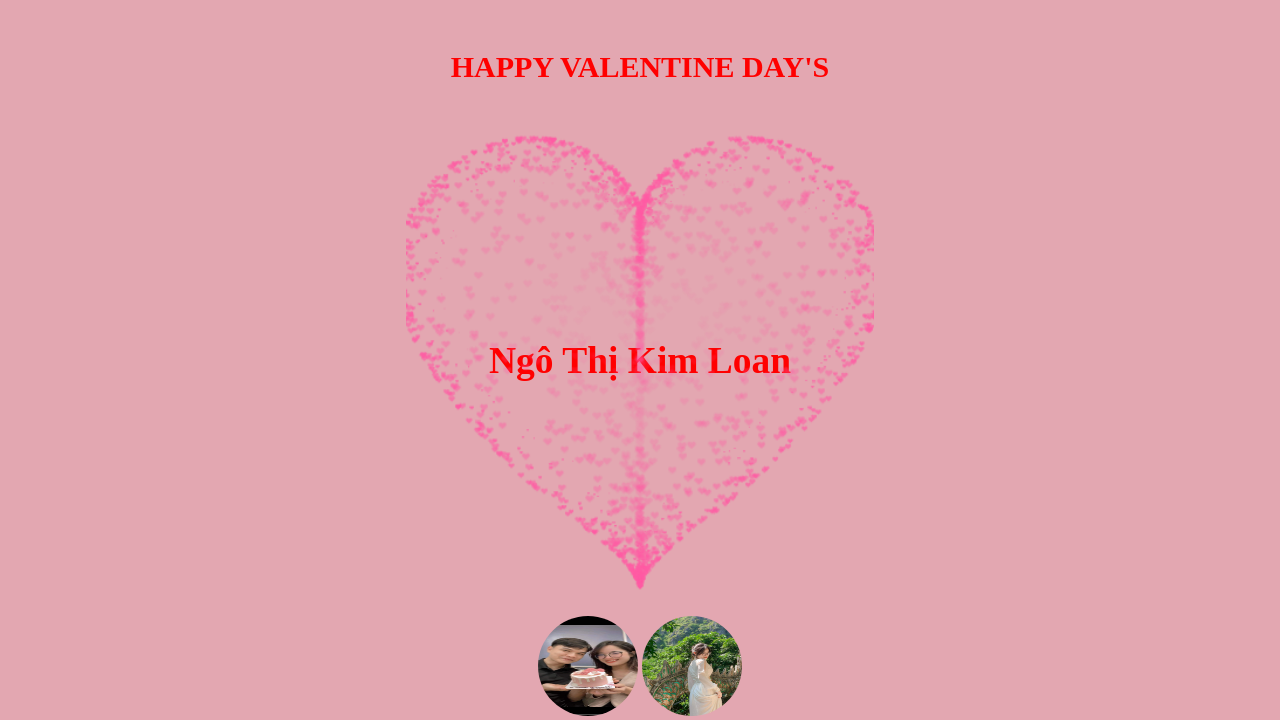
Repository: congbnvn0709/happy-valentine
Page: index.html
These files come from the project's save history. The page is drawn as it stood at one moment and after the next save; the edit follows.
The browser window is 1280 px wide. The pictures show the whole page.

Above is the page before, as saved 2023-01-30 23:32:34.

### index.html
<!DOCTYPE html PUBLIC "-//W3C//DTD HTML 4.0 Transitional//EN">
<html>
  <head>
    <title>Happy valentine day's</title>
    <meta name="Generator" content="EditPlus" />
    <meta name="Author" content="" />
    <meta name="Keywords" content="" />
    <meta name="Description" content="" />
    <link rel="stylesheet" type="text/css" href="style.css" />
  </head>

  <body>
    <p class="title">HAPPY VALENTINE DAY'S</p>
    <h1>Ngô Thị Kim Loan</h1>

    <div class="box">
      <canvas id="pinkboard"></canvas>
    </div>
    <div class="image">
        <img class="image1" src="./person1.jpg" alt="" srcset="">
        <img class="image1" src="./person2.jpg" alt="" srcset="">
    </div>
    <script src="app.js"></script>
  </body>
</html>

### style.css
html,
body {
  height: 100%;
  padding: 0;
  margin: 0;
  background: rgb(227, 167, 177);
  display: flex;
  justify-content: center;
  align-items: center;
}

h1 {
  color: red;
}

.box {
  width: 100%;
  position: absolute;
  top: 50%;
  left: 50%;
  transform: translate(-50%, -50%);
  display: flex;
  flex-direction: column;
}

canvas {
  position: absolute;
  width: 100%;
  height: 100%;
}

#pinkboard {
  position: relative;
  margin: auto;
  height: 400px;
  width: 400px;
  animation: animate 2s infinite;
}

h1 {
  animation: animate 2s infinite;
}

#pinkboard:before,
#pinkboard:after {
  content: "";

  position: absolute;

  background: #ff5ca4;

  width: 100px;

  height: 160px;

  border-top-left-radius: 50px;

  border-top-right-radius: 50px;
}

#pinkboard:before {
  left: 100px;

  transform: rotate(-45deg);

  transform-origin: 0 100%;

  box-shadow: 0 14px 28px rgba(0, 0, 0, 0.25), 0 10px 10px rgba(0, 0, 0, 0.22);
}

#pinkboard:after {
  left: 0;

  transform: rotate(45deg);

  transform-origin: 100% 100%;
}

@keyframes animate {
  0% {
    transform: scale(1);
  }

  30% {
    transform: scale(0.8);
  }

  60% {
    transform: scale(1.2);
  }

  100% {
    transform: scale(1);
  }
}

.title {
  position: absolute;
  top: 20px;
  color: red;
  font-size: 30px;
  font-weight: 700;
}
.image{
    position: absolute;
    bottom: 0;
}
.image1{
    width: 100px;
    height: 100px;
    border-radius: 50%;
}

### app.js
var settings = {
    particles: {
      length: 2000,
      duration: 3,
      velocity: 100,
      effect: -1,
      size: 8,
    },
  };

  (function () {
    var b = 0;

    var c = ["ms", "moz", "webkit", "o"];

    for (var a = 0; a < c.length && !window.requestAnimationFrame; ++a) {
      window.requestAnimationFrame = window[c[a] + "RequestAnimationFrame"];

      window.cancelAnimationFrame =
        window[c[a] + "CancelAnimationFrame"] ||
        window[c[a] + "CancelRequestAnimationFrame"];
    }

    if (!window.requestAnimationFrame) {
      window.requestAnimationFrame = function (h, e) {
        var d = new Date().getTime();

        var f = Math.max(0, 16 - (d - b));

        var g = window.setTimeout(function () {
          h(d + f);
        }, f);

        b = d + f;

        return g;
      };
    }

    if (!window.cancelAnimationFrame) {
      window.cancelAnimationFrame = function (d) {
        clearTimeout(d);
      };
    }
  })();

  var Point = (function () {
    function Point(x, y) {
      this.x = typeof x !== "undefined" ? x : 0;

      this.y = typeof y !== "undefined" ? y : 0;
    }

    Point.prototype.clone = function () {
      return new Point(this.x, this.y);
    };

    Point.prototype.length = function (length) {
      if (typeof length == "undefined")
        return Math.sqrt(this.x * this.x + this.y * this.y);

      this.normalize();

      this.x *= length;

      this.y *= length;

      return this;
    };

    Point.prototype.normalize = function () {
      var length = this.length();

      this.x /= length;

      this.y /= length;

      return this;
    };

    return Point;
  })();

  var Particle = (function () {
    function Particle() {
      this.position = new Point();

      this.velocity = new Point();

      this.acceleration = new Point();

      this.age = 0;
    }

    Particle.prototype.initialize = function (x, y, dx, dy) {
      this.position.x = x;

      this.position.y = y;

      this.velocity.x = dx;

      this.velocity.y = dy;

      this.acceleration.x = dx * settings.particles.effect;

      this.acceleration.y = dy * settings.particles.effect;

      this.age = 0;
    };

    Particle.prototype.update = function (deltaTime) {
      this.position.x += this.velocity.x * deltaTime;

      this.position.y += this.velocity.y * deltaTime;

      this.velocity.x += this.acceleration.x * deltaTime;

      this.velocity.y += this.acceleration.y * deltaTime;

      this.age += deltaTime;
    };

    Particle.prototype.draw = function (context, image) {
      function ease(t) {
        return --t * t * t + 1;
      }

      var size = image.width * ease(this.age / settings.particles.duration);

      context.globalAlpha = 1 - this.age / settings.particles.duration;

      context.drawImage(
        image,

        this.position.x - size / 2,

        this.position.y - size / 2,

        size,

        size
      );
    };

    return Particle;
  })();

  var ParticlePool = (function () {
    var particles,
      firstActive = 0,
      firstFree = 0,
      duration = settings.particles.duration;

    function ParticlePool(length) {
      particles = new Array(length);

      for (var i = 0; i < particles.length; i++)
        particles[i] = new Particle();
    }

    ParticlePool.prototype.add = function (x, y, dx, dy) {
      particles[firstFree].initialize(x, y, dx, dy);

      firstFree++;

      if (firstFree == particles.length) firstFree = 0;

      if (firstActive == firstFree) firstActive++;

      if (firstActive == particles.length) firstActive = 0;
    };

    ParticlePool.prototype.update = function (deltaTime) {
      var i;

      if (firstActive < firstFree) {
        for (i = firstActive; i < firstFree; i++)
          particles[i].update(deltaTime);
      }

      if (firstFree < firstActive) {
        for (i = firstActive; i < particles.length; i++)
          particles[i].update(deltaTime);

        for (i = 0; i < firstFree; i++) particles[i].update(deltaTime);
      }

      while (
        particles[firstActive].age >= duration &&
        firstActive != firstFree
      ) {
        firstActive++;

        if (firstActive == particles.length) firstActive = 0;
      }
    };

    ParticlePool.prototype.draw = function (context, image) {
      if (firstActive < firstFree) {
        for (i = firstActive; i < firstFree; i++)
          particles[i].draw(context, image);
      }

      if (firstFree < firstActive) {
        for (i = firstActive; i < particles.length; i++)
          particles[i].draw(context, image);

        for (i = 0; i < firstFree; i++) particles[i].draw(context, image);
      }
    };

    return ParticlePool;
  })();

  (function (canvas) {
    var context = canvas.getContext("2d"),
      particles = new ParticlePool(settings.particles.length),
      particleRate =
        settings.particles.length / settings.particles.duration,
      time;

    function pointOnHeart(t) {
      return new Point(
        160 * Math.pow(Math.sin(t), 3),

        130 * Math.cos(t) -
          50 * Math.cos(2 * t) -
          20 * Math.cos(3 * t) -
          10 * Math.cos(4 * t) +
          25
      );
    }

    var image = (function () {
      var canvas = document.createElement("canvas"),
        context = canvas.getContext("2d");

      canvas.width = settings.particles.size;

      canvas.height = settings.particles.size;

      function to(t) {
        var point = pointOnHeart(t);

        point.x =
          settings.particles.size / 2 +
          (point.x * settings.particles.size) / 350;

        point.y =
          settings.particles.size / 2 -
          (point.y * settings.particles.size) / 350;

        return point;
      }

      context.beginPath();

      var t = -Math.PI;

      var point = to(t);

      context.moveTo(point.x, point.y);

      while (t < Math.PI) {
        t += 0.01;

        point = to(t);

        context.lineTo(point.x, point.y);
      }

      context.closePath();

      context.fillStyle = "#FF5CA4";

      context.fill();

      var image = new Image();

      image.src = canvas.toDataURL();

      return image;
    })();

    function render() {
      requestAnimationFrame(render);

      var newTime = new Date().getTime() / 1000,
        deltaTime = newTime - (time || newTime);

      time = newTime;

      context.clearRect(0, 0, canvas.width, canvas.height);

      var amount = particleRate * deltaTime;

      for (var i = 0; i < amount; i++) {
        var pos = pointOnHeart(Math.PI - 2 * Math.PI * Math.random());

        var dir = pos.clone().length(settings.particles.velocity);

        particles.add(
          canvas.width / 2 + pos.x,

          canvas.height / 2 - pos.y,

          dir.x,

          -dir.y
        );
      }

      particles.update(deltaTime);

      particles.draw(context, image);
    }

    function onResize() {
      canvas.width = canvas.clientWidth;

      canvas.height = canvas.clientHeight;
    }

    window.onresize = onResize;

    setTimeout(function () {
      onResize();

      render();
    }, 10);
  })(document.getElementById("pinkboard"));

After the next save:
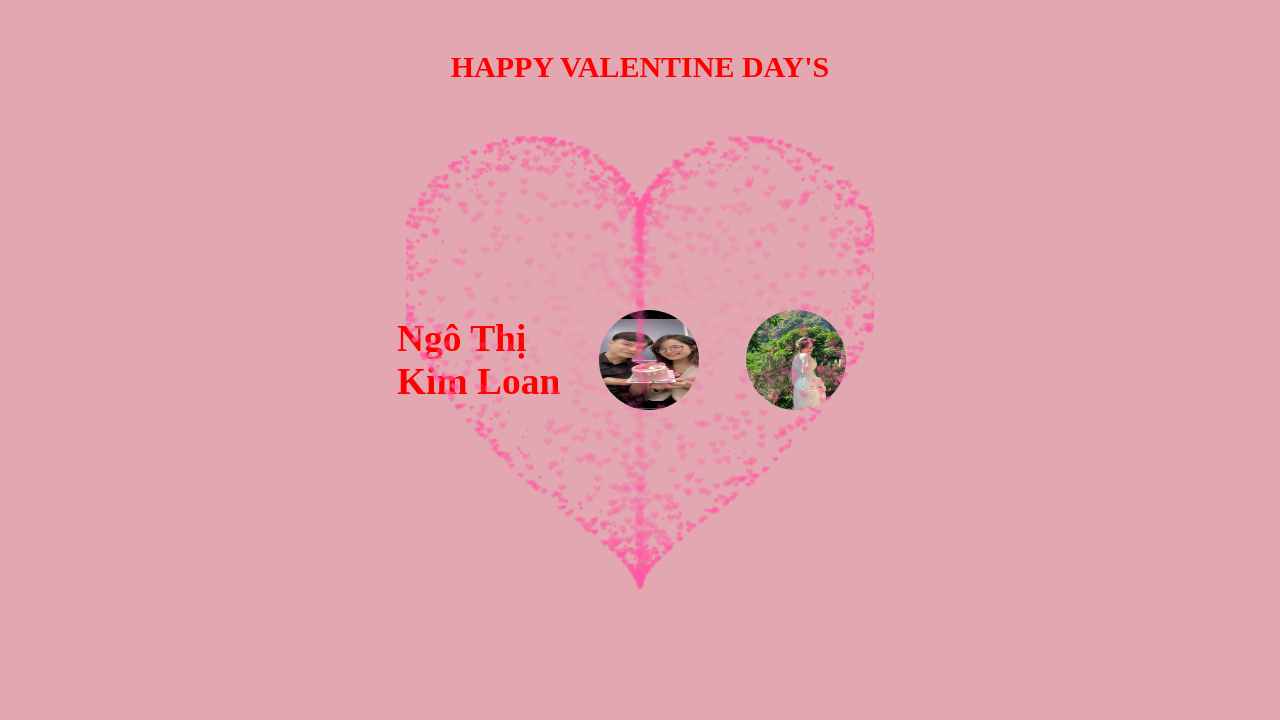
Saved 75 s later.
--- a/style.css
+++ b/style.css
@@ -102,8 +102,9 @@ h1 {
   font-weight: 700;
 }
 .image{
-    position: absolute;
-    bottom: 0;
+    display: flex;
+    width: 100%;
+    justify-content: space-around;
 }
 .image1{
     width: 100px;
